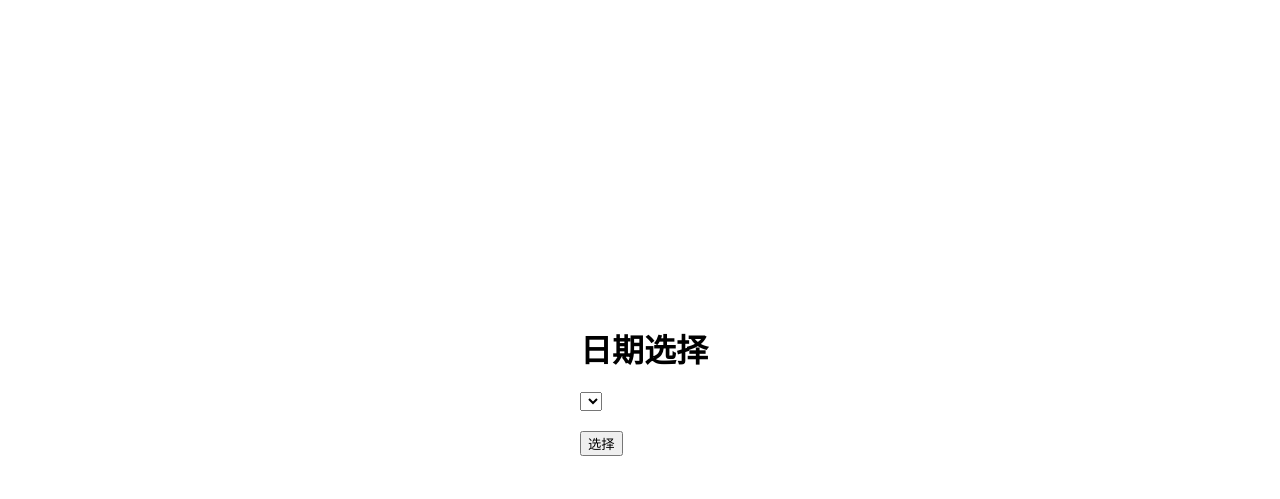
Repository: yz990219/InfectStatisticWeb
Page: http://localhost/MyInfectStatisticWeb/dateChoose.jsp
The author's editor kept a copy of each file at every save. The page is drawn from the files as they stood at one save, then again after the next save.
The browser window is 1280 px wide. The pictures show the whole page.
The page is served by Tomcat 9.

Above is the page before, as saved 2020-03-13 14:34:42.

After the next save:
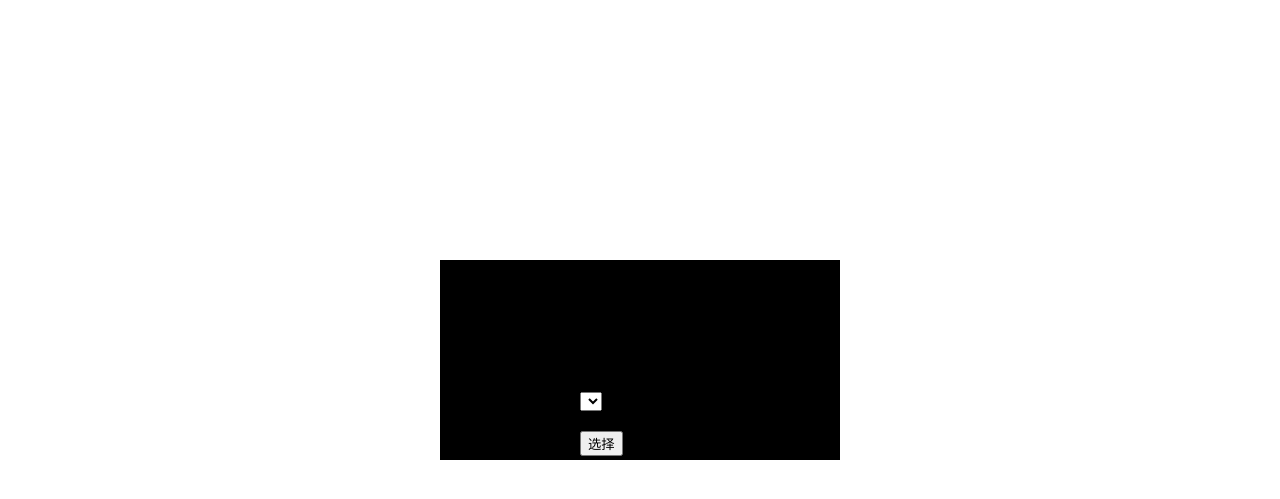
Saved 4 min 34 s later.
--- a/MyInfectStatisticWeb/WebContent/css/datechoose.css
+++ b/MyInfectStatisticWeb/WebContent/css/datechoose.css
@@ -1,6 +1,6 @@
 @charset "UTF-8";
 .datechoose {
-
+	background-image: url(backgroundimg.png);
     width: 400px;
     height: 200px;
     position: fixed;

After the 2 saves that followed:
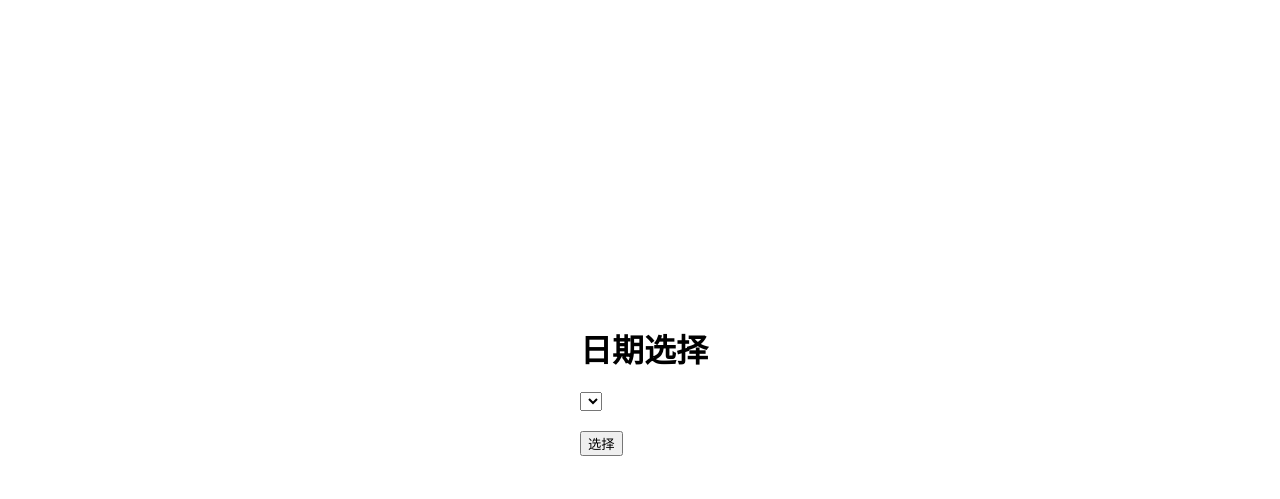
Not found: MyInfectStatisticWeb/MyInfectStatisticWeb/css/img/backgroundimg.png
The 2 saves are shown as one change because 1 left the picture as it was.
The last was saved 34 s later.
--- a/MyInfectStatisticWeb/WebContent/dateChoose.jsp
+++ b/MyInfectStatisticWeb/WebContent/dateChoose.jsp
@@ -9,7 +9,7 @@
 <title>日期选择</title>
 <link href="css/datechoose.css" rel="stylesheet">
 </head>
-<body style="background-image:url(img/backgroundimg.png) no-repeat 5px 5px;">
+<body>
 	<div class="datechoose">
 		<form class="form" action="index.jsp" method="post">
 			<%
--- a/MyInfectStatisticWeb/WebContent/css/datechoose.css
+++ b/MyInfectStatisticWeb/WebContent/css/datechoose.css
@@ -1,6 +1,6 @@
 @charset "UTF-8";
 .datechoose {
-	background-image: url(backgroundimg.png);
+	background-image: url(img/backgroundimg.png);
     width: 400px;
     height: 200px;
     position: fixed;
